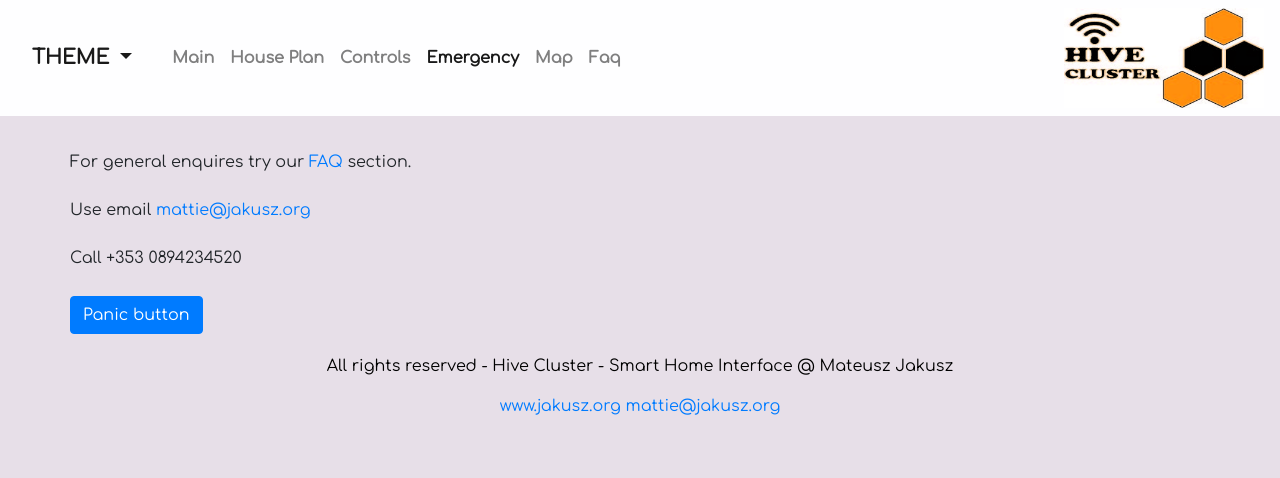
Repository: Code-Institute-Submissions/bloobsky-Milestone2-2
Page: emergency.html
The author's editor kept a record of every edit. The page is drawn from the files as they stood at one moment, then again after the next edit.
The browser window is 1280 px wide. The pictures show the whole page.

Above is the page before.
Console error: ReferenceError: emailjs is not defined

### emergency.html
<!DOCTYPE html>
<html lang="en">

<head>
    <meta charset="UTF-8">
    <meta name="viewport" content="width=device-width, initial-scale=1.0">
    <meta http-equiv="X-UA-Compatible" content="ie=edge">
    <link href="https://stackpath.bootstrapcdn.com/bootstrap/4.3.1/css/bootstrap.min.css" rel="stylesheet" integrity="sha384-ggOyR0iXCbMQv3Xipma34MD+dH/1fQ784/j6cY/iJTQUOhcWr7x9JvoRxT2MZw1T" crossorigin="anonymous">
    <link rel="stylesheet" href="https://maxcdn.bootstrapcdn.com/font-awesome/4.7.0/css/font-awesome.min.css" type="text/css" />
    <link rel="stylesheet" href="css/style.css" type="text/css" />
    <title>HiVE CLUSTER - Smart Home Interface</title>
</head>

<body>
        <!-- navigation -->
    <div class="container-fluid navalert-container">
        <nav class="navbar navbar-light navbar-expand-sm navbar-center">
            <a class="nav-link dropdown-toggle navbar-brand" href="#" id="navbarDropdownMenuLink" role="button" data-toggle="dropdown" aria-haspopup="true" aria-expanded="false">
          THEME
        </a>
            <div class="dropdown-menu" aria-labelledby="navbarDropdownMenuLink">
                <a class="dropdown-item" href="index.html">LIGHT</a>
                <a class="dropdown-item" href="indexPL.html">DARK</a>
            </div>
            <button class="navbar-toggler ml-auto" type="button" data-toggle="collapse" data-target="#navbarNavDropdown" aria-controls="navbarNavDropdown" aria-expanded="false" aria-label="Toggle navigation">
        <span class="navbar-toggler-icon"></span></button>


            <div class="collapse navbar-collapse" id="navbarNavDropdown">
                <ul class="navbar-nav mr-auto">

                    <li class="nav-item "><a class="nav-link" href="index.html">Main</a></li>
                    <li class="nav-item "><a class="nav-link" href="plan.html">House Plan</a></li>
                    <li class="nav-item "><a class="nav-link" href="control.html">Controls</a></li>
                    <li class="nav-item "><a class="nav-link active" href="emergency.html">Emergency</a></li>
                    <li class="nav-item "><a class="nav-link" href="map.html">Map</a></li>
                    <li class="nav-item "><a class="nav-link" href="faq.html">Faq</a></li>
                </ul>
            </div>
            <img src="img/logo.jpg" width="200px" height="100px">
        </nav>
    </div>


    <!-- container -->
    <div class="container">
        <div class="row sm-12" id="emergency">
            <p>For general enquires try our <a href="faq.html">FAQ</a> section.<br><br> Use email <a href=mailto:mattie@jakusz.org>mattie@jakusz.org</a><br><br> Call +353 0894234520</p><br>
        </div>
        <div class="row sm-12">
            <!-- Button trigger modal -->
            <button type="button" class="btn btn-primary" data-toggle="modal" data-target="#exampleModal">
  Panic button
</button>

            <!-- Modal -->
            <div class="modal fade" id="exampleModal" tabindex="-1" role="dialog" aria-labelledby="exampleModalLabel" aria-hidden="true">
                <div class="modal-dialog" role="document">
                    <div class="modal-content">
                        <div class="modal-header">
                            <h5 class="modal-title" id="exampleModalLabel">Panic button</h5>
                            <button type="button" class="close" data-dismiss="modal" aria-label="Close">
          <span aria-hidden="true">&times;</span>
        </button>
                        </div>
                        <div class="modal-body">
                            Are you sure you want to send emergency to the headquarter ? This cannot be undone.
                        </div>
                        <div class="modal-footer">
                            <button type="button" class="btn btn-secondary" data-dismiss="modal">Close</button>
                            <form onsubmit="return sendMail(this);">
                                <button type="submit" class="btn btn-primary">      Send Emergency  </button>
                            </form>
                        </div>
                    </div>
                </div>
            </div>
        </div>

    </div>
    <!-- footer -->
    <footer>
        <p> All rights reserved - Hive Cluster - Smart Home Interface @ Mateusz Jakusz </p>
        <a href="www.jakusz.org">www.jakusz.org</a>
        <a href="mailto:mattie@jakusz.org">mattie@jakusz.org</a>
    </footer>

    <!-- scripts -->
    <script type="text/javascript" src="https://cdn.jsdelivr.net/npm/emailjs-com@2.3.2/dist/email.min.js"></script>
    <script type="text/javascript">
        (function() {
            emailjs.init("user_6KZjWKGFdaIANLT0wU2Zf");
        })();
    </script>

    <script src="https://code.jquery.com/jquery-3.3.1.slim.min.js" integrity="sha384-q8i/X+965DzO0rT7abK41JStQIAqVgRVzpbzo5smXKp4YfRvH+8abtTE1Pi6jizo" crossorigin="anonymous"></script>
    <script src="https://cdnjs.cloudflare.com/ajax/libs/popper.js/1.14.3/umd/popper.min.js" integrity="sha384-ZMP7rVo3mIykV+2+9J3UJ46jBk0WLaUAdn689aCwoqbBJiSnjAK/l8WvCWPIPm49" crossorigin="anonymous"></script>
    <script src="https://stackpath.bootstrapcdn.com/bootstrap/4.1.3/js/bootstrap.min.js" integrity="sha384-ChfqqxuZUCnJSK3+MXmPNIyE6ZbWh2IMqE241rYiqJxyMiZ6OW/JmZQ5stwEULTy" crossorigin="anonymous"></script>
    <script src="js/map.js"></script>

</body>

</html>

### css/style.css
@import url('https://fonts.googleapis.com/css?family=Comfortaa&display=swap');


/* body */

body {
    background-color: #E7DFE8;
    font-family: 'Comfortaa', sans-serif;
}

/* container */

.container {
    padding-top: 150px;
}

/* Navbar */

.navalert-container {
    position: fixed;
    top: 0;
    left: 0;
    z-index: 1;
    padding-left: 0;
    padding-right: 0;
}

.navbar {
    margin-bottom: 0;
    width: 100%;
    background-color: #FEFEFF;
    border: 0;
    text-align: center;
    float: none;
}

.navbar .navbar-toggler {
    border: 0;
}

.navbar .navbar-brand {
    font-weight: bold;
}

.navbar .navbar-nav a {
    font-weight: bold;
}

/* main */

.main {}

/* map */

#map {
    padding-top: 400px;
    min-height: 460px;
}

.map p {
    text-align: center;
}

/* emergency */

#emergency {}

#emergency p {
    padding-bottom: 10px;
}

/* faq */

.faq {
    width: 100%;
}

/* controls */

.control {

    text-align: center;
}

.control h5 {
    text-align: center;
}

.control2 {
    padding-top: 30px;
}

/* footer */

footer {
    color: black;
    text-align: center;
    padding-top: 20px;
}

.footer a {
    color: #243e36;
}

.footer a:hover {
    color: #25291c;
    font-weight: 600;
    text-decoration: none;

}

/* plan */

.card-body {
    background-color: #E7DFE8;
    width: 100%;
}

.lightoff {
    width: 200px;
    height: 150px;
    border: 1px solid;
    border-color: black;
    background-color: gray;

}

.lighton {
    width: 200px;
    height: 150px;
    border: 1px solid;
    border-color: black;
    background-color: yellow;
}


/* media queries */

#graphiclogo {
    width: 200px;
    height: 100px;
}

@media (max-width: 568px) {
    #graphiclogo {
    width: 150px;
    height: 75px;


}
    }

### js/map.js
function initMap() {
    var map = new google.maps.Map(document.getElementById("map"), {
        zoom: 8,
        center: {
            lat: 52.857500,
            lng: -8.987437
        }
    });

    var labels = "ABCDEFGHIJKLMONPQRSTUVWXYZ";

    var locations = [{
        lat: 52.857500,
        lng: -8.987437
    }];

    var markers = locations.map(function(location, i) {
        return new google.maps.Marker({
            position: location,
            label: labels[i % labels.length]
        });
    });

    var markerCluster = new MarkerClusterer(map, markers, {
        imagePath: 'https://developers.google.com/maps/documentation/javascript/examples/markerclusterer/m'
    });
}

### js/sendMail.js
function sendMail(contactForm) {


    emailjs.send("gmail", "project", {
            "from_name": "Matt Jakusz",
            "project_request": "Please make me a website",
            "from_email": "bloobsky@gmail.com",
            "customer_number": "000001",
            "tel_number": "0894234520"

        })
        .then(
            function(response) {
                console.log("SUCCESS", response);
            },
            function(error) {
                console.log("FAILED", error);

            });
    return false;
}

After the next edit:
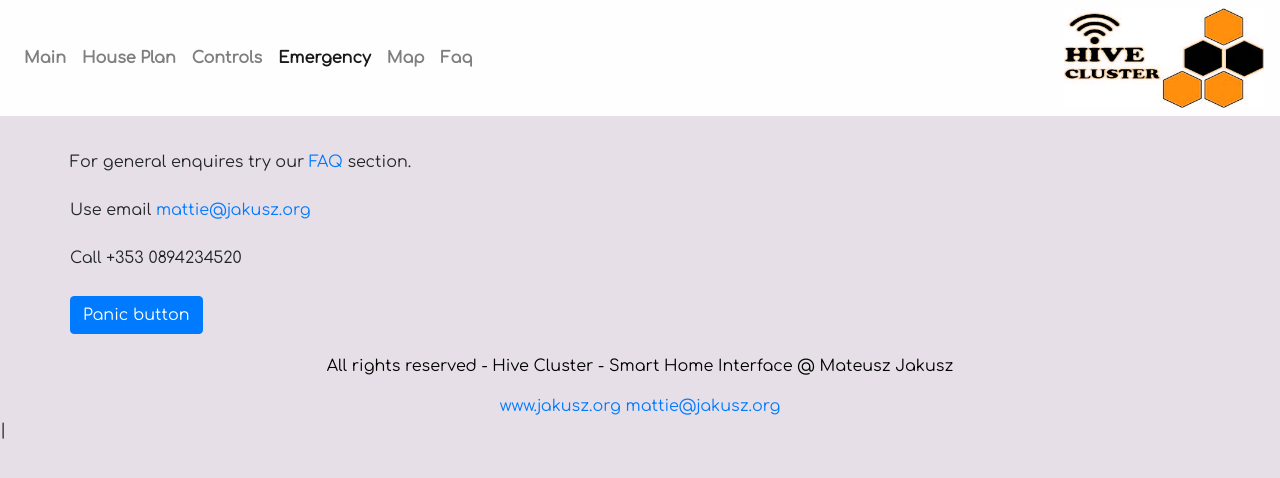
The edit:
--- a/emergency.html
+++ b/emergency.html
@@ -12,20 +12,9 @@
 </head>
 
 <body>
-        <!-- navigation -->
+    <!-- navigation -->
     <div class="container-fluid navalert-container">
         <nav class="navbar navbar-light navbar-expand-sm navbar-center">
-            <a class="nav-link dropdown-toggle navbar-brand" href="#" id="navbarDropdownMenuLink" role="button" data-toggle="dropdown" aria-haspopup="true" aria-expanded="false">
-          THEME
-        </a>
-            <div class="dropdown-menu" aria-labelledby="navbarDropdownMenuLink">
-                <a class="dropdown-item" href="index.html">LIGHT</a>
-                <a class="dropdown-item" href="indexPL.html">DARK</a>
-            </div>
-            <button class="navbar-toggler ml-auto" type="button" data-toggle="collapse" data-target="#navbarNavDropdown" aria-controls="navbarNavDropdown" aria-expanded="false" aria-label="Toggle navigation">
-        <span class="navbar-toggler-icon"></span></button>
-
-
             <div class="collapse navbar-collapse" id="navbarNavDropdown">
                 <ul class="navbar-nav mr-auto">
 
@@ -97,7 +86,7 @@
     <script src="https://cdnjs.cloudflare.com/ajax/libs/popper.js/1.14.3/umd/popper.min.js" integrity="sha384-ZMP7rVo3mIykV+2+9J3UJ46jBk0WLaUAdn689aCwoqbBJiSnjAK/l8WvCWPIPm49" crossorigin="anonymous"></script>
     <script src="https://stackpath.bootstrapcdn.com/bootstrap/4.1.3/js/bootstrap.min.js" integrity="sha384-ChfqqxuZUCnJSK3+MXmPNIyE6ZbWh2IMqE241rYiqJxyMiZ6OW/JmZQ5stwEULTy" crossorigin="anonymous"></script>
     <script src="js/map.js"></script>
-
+    <script src="js/sendMail.js"></script>|
 </body>
 
 </html>
